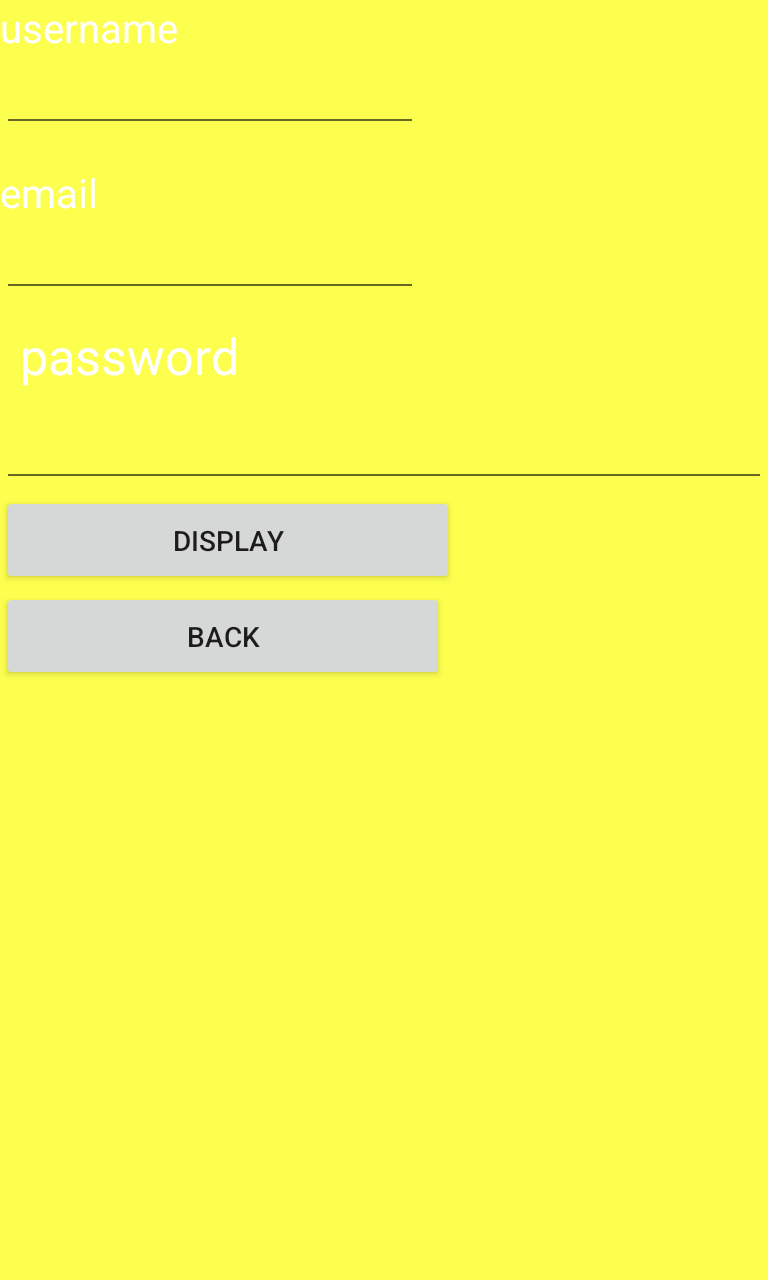
Repository: janemuthoni/icon
Layout: Exam/res/layout/register.xml
These files come from the project's save history. The layout is drawn as it stood at one moment and after the next save; the edit follows.
It is drawn on a 768 x 1280 px phone screen (xhdpi) without system bars, with theme AppTheme; the app's code is not run.

Above is the layout before, as saved 2014-08-07 08:26:43.

After the next save:
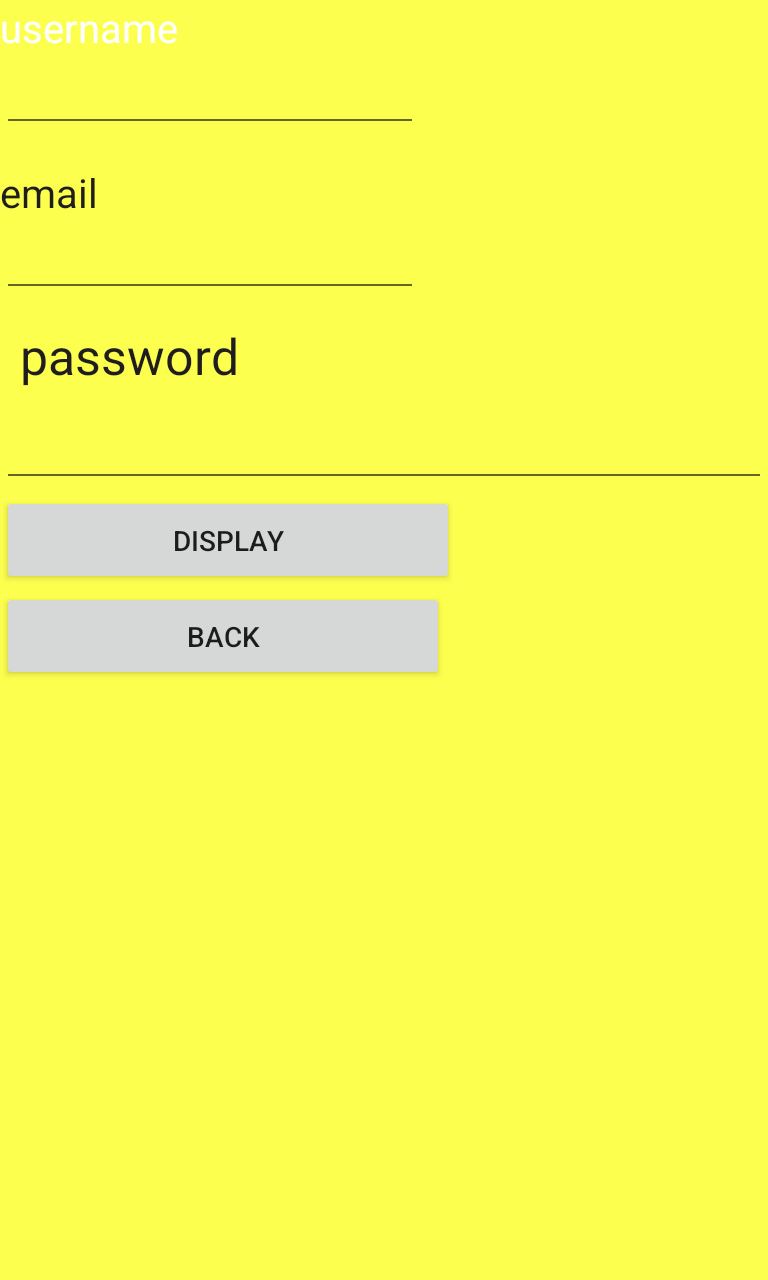
Saved 20 s later.
--- a/Exam/res/layout/register.xml
+++ b/Exam/res/layout/register.xml
@@ -22,7 +22,7 @@
        <TextView
            android:id="@+id/email"
            android:text="@string/email"
-           android:textColor="@color/white"
+           android:textColor="@color/black"
            android:layout_width="wrap_content"
            android:layout_height="wrap_content"
            android:layout_marginTop="14dp"
@@ -41,7 +41,7 @@
      android:layout_height="wrap_content"
      android:text="@string/password"
      android:textSize="25sp"
-     android:textColor="@color/white"
+     android:textColor="@color/black"
      android:layout_margin="10dp"/>
 
       <EditText
